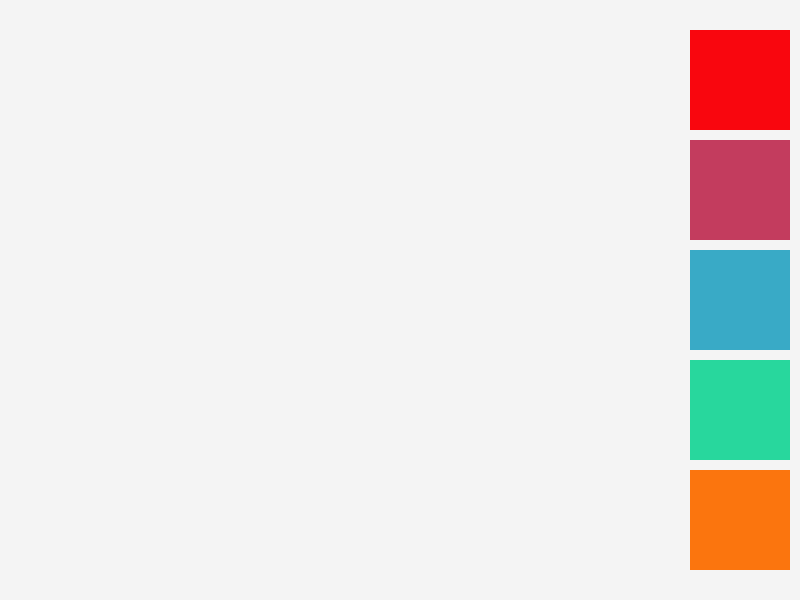
Repository: fredoluzjr/Java-Udemy
Program's window: java Workspace/exercicios-javafx/src/layout/AppLayout.java
The author's editor kept a copy of each file at every save. The program's window is drawn from the files as they stood at one save, then again after the next save.
It runs on Java 21 on a 1366 x 768 screen with JavaFX 11; the title bar is not drawn.

Above is the program's window before, as saved 2021-07-08 23:23:58.

### Workspace/exercicios-javafx/src/layout/AppLayout.java
package layout;

import javafx.application.Application;
import javafx.scene.Parent;
import javafx.scene.Scene;
import javafx.stage.Stage;

public class AppLayout extends Application{

	@Override
	public void start(Stage primaryStage) throws Exception {
		Parent raiz = null;

		raiz = new TesteAnchorPane();
		raiz = new TesteBorderPane();
		raiz = new TesteFlowPane();

		//Scene principal = new Scene(new TesteAnchorPane(), 800, 600);
		Scene principal = new Scene(raiz, 800, 600);

		primaryStage.setScene(principal);
		primaryStage.setTitle("Gerenciadores de Layout");
		primaryStage.show();
	}

	public static void main(String[] args) {
		launch(args);
	}
}

### Workspace/exercicios-javafx/src/layout/TesteFlowPane.java
package layout;

import javafx.geometry.Insets;
import javafx.geometry.Orientation;
import javafx.geometry.Pos;
import javafx.scene.layout.FlowPane;

public class TesteFlowPane extends FlowPane{

	public TesteFlowPane() {
		Quadrado q1 = new Quadrado();
		Quadrado q2 = new Quadrado();
		Quadrado q3 = new Quadrado();
		Quadrado q4 = new Quadrado();
		Quadrado q5 = new Quadrado();

		setHgap(10);
		setVgap(10);
		setPadding(new Insets(10));

		setOrientation(Orientation.VERTICAL);
		setAlignment(Pos.CENTER_RIGHT);

		getChildren().addAll(q1, q2, q3, q4, q5);
	}
}

### Workspace/exercicios-javafx/src/layout/TesteAnchorPane.java
package layout;

import javafx.geometry.Pos;
import javafx.scene.layout.AnchorPane;
import javafx.scene.layout.HBox;

public class TesteAnchorPane extends AnchorPane{

	public TesteAnchorPane() {

		Quadrado q1 = new Quadrado();
		setTopAnchor(q1, 10.0);
		setLeftAnchor(q1, 10.0);

		Quadrado q2 = new Quadrado();
		setTopAnchor(q2, 10.0);
		setRightAnchor(q2, 10.0);

		Quadrado q3 = new Quadrado();
		setBottomAnchor(q3, 10.0);
		setLeftAnchor(q3, 10.0);

		Quadrado q4 = new Quadrado();
		setBottomAnchor(q4, 10.0);
		setRightAnchor(q4, 10.0);

		HBox centro = new HBox();
		centro.setAlignment(Pos.CENTER);
		setTopAnchor(centro, 110.0);
		setBottomAnchor(centro, 110.0);
		setLeftAnchor(centro, 110.0);
		setRightAnchor(centro, 110.0);

		Quadrado q5 = new Quadrado();
		centro.getChildren().add(q5);

		getChildren().addAll(q1, q2, q3, q4, centro);
	}
}

### Workspace/exercicios-javafx/src/layout/Quadrado.java
package layout;

import javafx.scene.paint.Color;
import javafx.scene.shape.Rectangle;

public class Quadrado extends Rectangle {

private static int i = 0;

	public String[] cores = {
		"#c33c5e", "#39aac6", "#28d79d",
		"#fb750e", "#6657a8", "#f9060e"
	};

	public Quadrado() {
		this(100, 100);
	}

	public Quadrado(int largura, int altura) {

		setWidth(largura);
		setHeight(altura);

		setFill(Color.web(cores[i]));

		i++;
		if(i == 6) i = 0;
	}
	}

### Workspace/exercicios-javafx/src/layout/TesteBorderPane.java
package layout;

import javafx.scene.layout.BorderPane;

public class TesteBorderPane extends BorderPane{

	public TesteBorderPane() {

		Caixa c1 = new Caixa().comTexto("Topo");
		setTop(c1);

		Caixa c2 = new Caixa().comTexto("Esquerda");
		setLeft(c2);

		Caixa c3 = new Caixa().comTexto("Direita");
		setRight(c3);

		Caixa c4 = new Caixa().comTexto("Fundo");
		setBottom(c4);

		Caixa c5 = new Caixa().comTexto("Área Central");
		setCenter(c5);
	}
}

### Workspace/exercicios-javafx/src/layout/Caixa.java
package layout;

import javafx.geometry.Insets;
import javafx.geometry.Pos;
import javafx.scene.control.Label;
import javafx.scene.layout.Background;
import javafx.scene.layout.BackgroundFill;
import javafx.scene.layout.CornerRadii;
import javafx.scene.layout.HBox;
import javafx.scene.paint.Color;
import javafx.scene.text.Font;

public class Caixa extends HBox {

	private static int i = 0;

	public String[] cores = {
		"#c33c5e", "#39aac6", "#28d79d",
		"#fb750e", "#6657a8", "#f9060e"
	};

	public Caixa() {
		this(100, 100);
	}

	public Caixa(int largura, int altura) {
		setAlignment(Pos.CENTER);

		setMinWidth(largura);
		setMinHeight(altura);

		BackgroundFill fill = new BackgroundFill(Color.web(cores[i]), CornerRadii.EMPTY, Insets.EMPTY);
		setBackground(new Background(fill));

		i++;
		if(i == 6) i = 0;
	}

	public Caixa comTexto(String texto) {
		Label label = new Label(texto);
		label.setFont(new Font(24));
		getChildren().add(label);
		return this;
	}
}

### Workspace/exercicios-javafx/src/layout/TesteGridPane.java
package layout;

public class TesteGridPane {

}

After the next save:
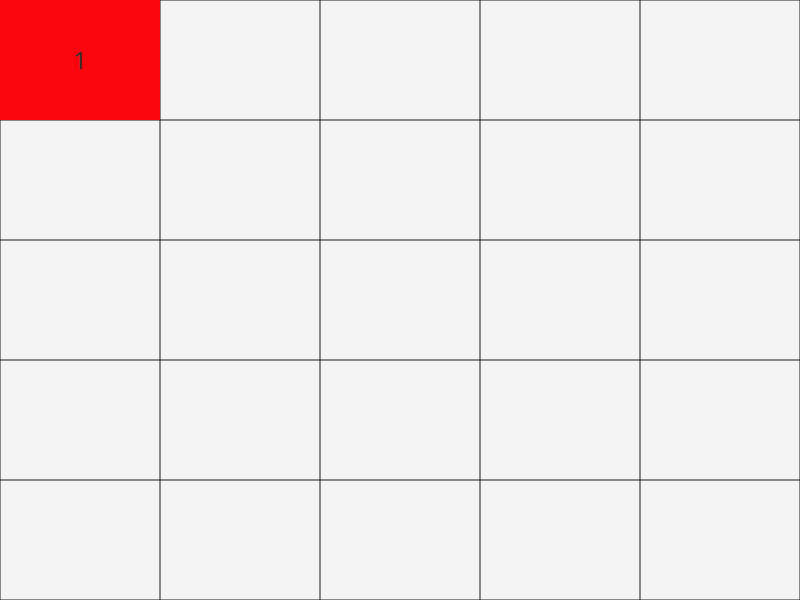
Saved 5 min 57 s later.
--- a/Workspace/exercicios-javafx/src/layout/AppLayout.java
+++ b/Workspace/exercicios-javafx/src/layout/AppLayout.java
@@ -14,6 +14,7 @@
 		raiz = new TesteAnchorPane();
 		raiz = new TesteBorderPane();
 		raiz = new TesteFlowPane();
+		raiz = new TesteGridPane();
 
 		//Scene principal = new Scene(new TesteAnchorPane(), 800, 600);
 		Scene principal = new Scene(raiz, 800, 600);
--- a/Workspace/exercicios-javafx/src/layout/TesteGridPane.java
+++ b/Workspace/exercicios-javafx/src/layout/TesteGridPane.java
@@ -1,5 +1,39 @@
 package layout;
 
-public class TesteGridPane {
+import javafx.scene.layout.ColumnConstraints;
+import javafx.scene.layout.GridPane;
+import javafx.scene.layout.RowConstraints;
 
+public class TesteGridPane extends GridPane{
+
+	public TesteGridPane() {
+
+		Caixa c1 = new Caixa().comTexto("1");
+		Caixa c2 = new Caixa().comTexto("2");
+		Caixa c3 = new Caixa().comTexto("3");
+		Caixa c4 = new Caixa().comTexto("4");
+		Caixa c5 = new Caixa().comTexto("5");
+		Caixa c6 = new Caixa().comTexto("6");
+
+		setGridLinesVisible(true);
+
+		getColumnConstraints().addAll(cc(), cc(), cc(), cc(), cc());
+		getRowConstraints().addAll(rc(), rc(), rc(), rc(), rc());
+
+		add(c1, 0, 0);
+	}
+
+	private ColumnConstraints cc() {
+		ColumnConstraints cc = new ColumnConstraints();
+		cc.setPercentWidth(20);
+		cc.setFillWidth(true);
+		return cc;
+	}
+
+	private RowConstraints rc() {
+		RowConstraints rc = new RowConstraints();
+		rc.setPercentHeight(20);
+		rc.setFillHeight(true);
+		return rc;
+	}
 }
